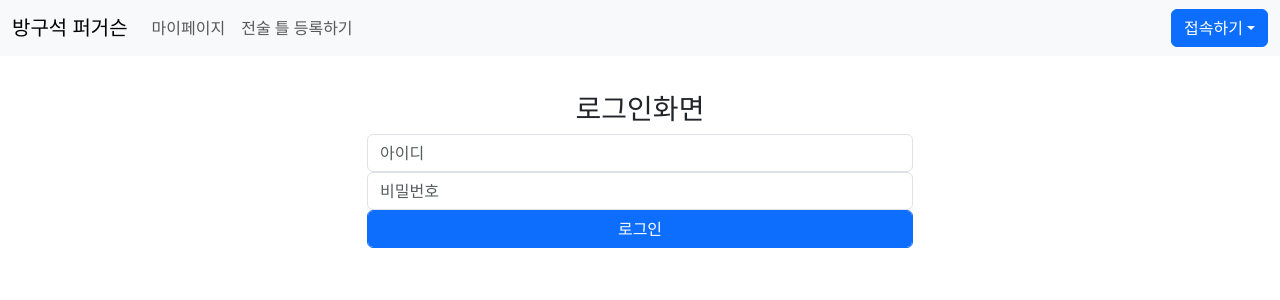
Repository: jiiiiiw/Spring-BBS
Page: http://localhost/BBS/login.jsp
An editor plug-in stored every save of this project. The page is shown before and after the next save, followed by the edit.
The browser window is 1280 px wide. The pictures show the whole page.
The page is served by Tomcat 9. Other server files are loaded and not shown.

Above is the page before, as saved 2024-01-25 07:19:21.

### BBS/src/main/webapp/login.jsp
<%@ page language="java" contentType="text/html; charset=UTF-8"
	pageEncoding="UTF-8"%>
<!DOCTYPE html>
<html>
<head>
<meta charset="UTF-8">
<!-- 반응형 -->
<meta name="viewport" content="width=device-width" , initial-scale="1">
<!-- 정적 부트스트랩 참조 -->
<script src="js/bootstrap.js"></script>
<script src="js/bootstrap.bundle.js"></script>
<link href="css/bootstrap.css" rel="stylesheet">
<title>JSP 게시판 웹 사이트</title>
</head>
<body>
	<nav class="navbar navbar-expand-lg navbar-light bg-light">
		<div class="container-fluid">
			<a class="navbar-brand" href="main.jsp">방구석 퍼거슨</a>

			<!-- 토글 버튼 -->
			<button class="navbar-toggler" type="button"
				data-bs-toggle="collapse" data-bs-target="#navbarSupportedContent"
				aria-controls="navbarSupportedContent" aria-expanded="false"
				aria-label="Toggle navigation">
				<span class="navbar-toggler-icon"></span>
			</button>

			<!-- Navbar 링크 및 폼 -->
			<div class="collapse navbar-collapse" id="navbarNav">
				<ul class="navbar-nav me-auto">
					<li class="nav-item"><a class="nav-link" href="#">마이페이지</a></li>
					<li class="nav-item"><a class="nav-link" href="#">전술 틀
							등록하기</a></li>
				</ul>
			</div>

			<div class="dropdown">
				<button class="btn btn-primary dropdown-toggle" type="button"
					id="dropdownMenuButton" data-bs-toggle="dropdown"
					aria-haspopup="true" aria-expanded="false">접속하기</button>
				<div class="dropdown-menu" aria-labelledby="dropdownMenuButton">

					<a class="active dropdown-item" href="login.jsp">로그인</a> <a
						class="dropdown-item" href="join.jsp">회원가입</a>
					<!-- 원하는 만큼 드롭다운 메뉴 항목 추가 -->
				</div>
			</div>
		</div>
	</nav>
	<div class="container mt-3">
		<div class="row justify-content-center">
			<div class="col-lg-6">
				<div class="jumbotron" style="padding-top: 20px;">
					<form method="post" action="loginAction.jsp">
						<h3 style="text-align: center;">로그인화면</h3>
						<div class="form group">
							<input type="text" class="form-control" placeholder="아이디"
								name="userID" maxlength="20">
						</div>
						<div class="form group">
							<input type="password" class="form-control" placeholder="비밀번호"
								name="userPassword" maxlength="20">
						</div>
						<input type="submit" class="btn btn-primary form-control"
							value="로그인">
					</form>
				</div>
			</div>
		</div>
	</div>




</body>
</html>

Loaded but not shown: BBS/src/main/webapp/js/bootstrap.js (library); BBS/src/main/webapp/js/bootstrap.bundle.js (library); BBS/src/main/webapp/css/bootstrap.css (library)

After the next save:
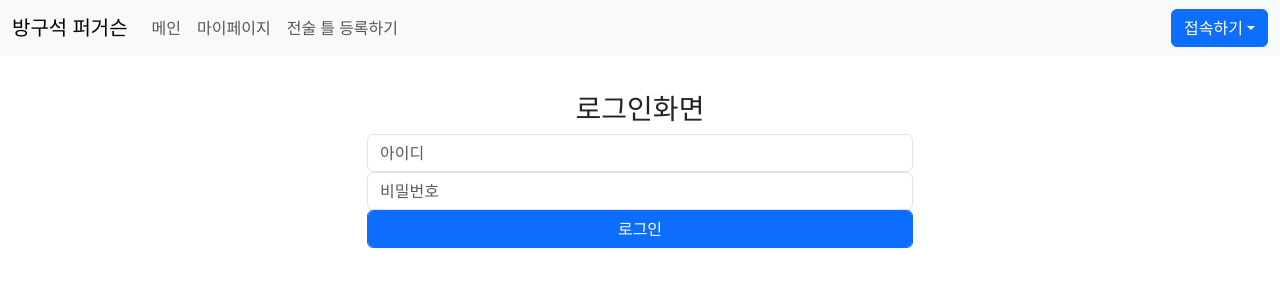
Saved 39 s later.
--- a/BBS/src/main/webapp/login.jsp
+++ b/BBS/src/main/webapp/login.jsp
@@ -28,6 +28,7 @@
 			<!-- Navbar 링크 및 폼 -->
 			<div class="collapse navbar-collapse" id="navbarNav">
 				<ul class="navbar-nav me-auto">
+					<li class="nav-item"><a class="nav-link" href="main.jsp">메인</a></li>
 					<li class="nav-item"><a class="nav-link" href="#">마이페이지</a></li>
 					<li class="nav-item"><a class="nav-link" href="#">전술 틀
 							등록하기</a></li>
